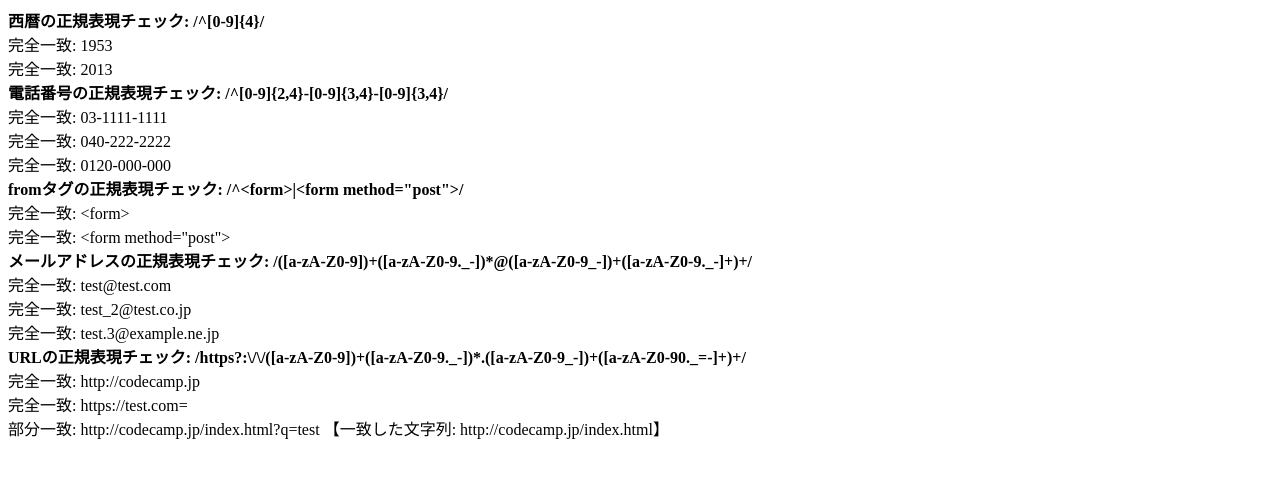
Repository: kawahito05-work/dc_work_nakano_kawahito_php
Page: http://localhost/htdocs/php17/challenge_preg_match.php
The author's editor kept a record of every edit. The page is drawn from the files as they stood at one moment, then again after the next edit.
The browser window is 1280 px wide. The pictures show the whole page.
The page is run by PHP 8.4 with error messages shown; the project is at /var/www/html/.

Above is the page before.

After the next edit:
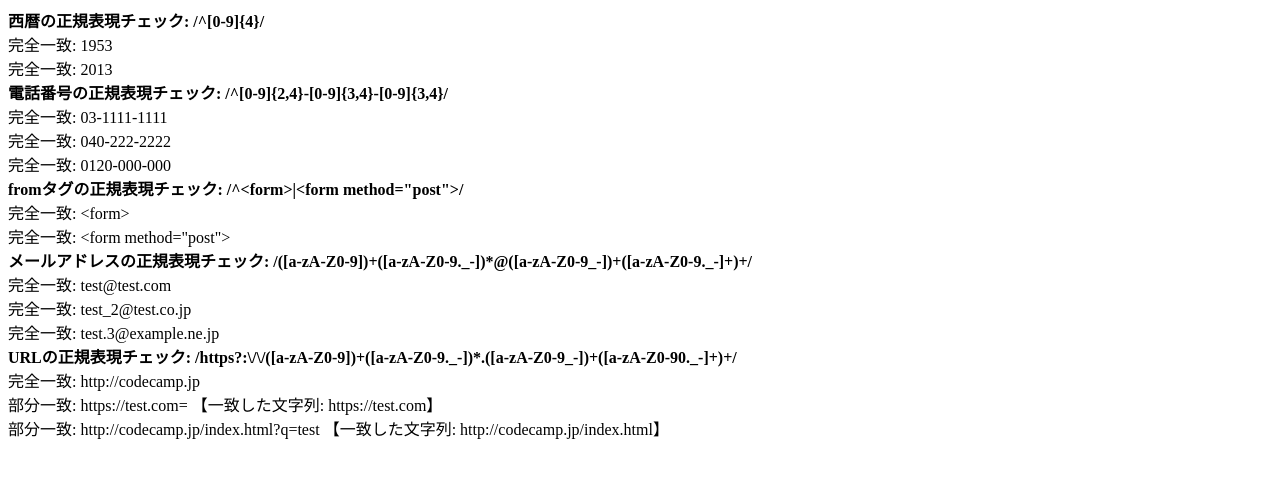
The edit:
--- a/htdocs/php17/challenge_preg_match.php
+++ b/htdocs/php17/challenge_preg_match.php
@@ -18,7 +18,7 @@
 $check_mail[1] = 'test_2@test.co.jp';
 $check_mail[2] = 'test.3@example.ne.jp';
 // URL
-$regexp_url   = '/https?:\/\/([a-zA-Z0-9])+([a-zA-Z0-9._-])*.([a-zA-Z0-9_-])+([a-zA-Z0-90._=-]+)+/'; // URLの正規表現を入力
+$regexp_url   = '/https?:\/\/([a-zA-Z0-9])+([a-zA-Z0-9._-])*.([a-zA-Z0-9_-])+([a-zA-Z0-90._-]+)+/'; // URLの正規表現を入力
 //$regexp_url   = '#http://([a-zA-Z0-9])+([a-zA-Z0-9._-])*.([a-zA-Z0-9_-])+([a-zA-Z0-9._-]+)+|https://([a-zA-Z0-9])+([a-zA-Z0-9._-])*.([a-zA-Z0-9_-])+([a-zA-Z0-9._-]+)+#'; // URLの正規表現を入力
 $check_url[0] = 'http://codecamp.jp';
 $check_url[1] = 'https://test.com=';
